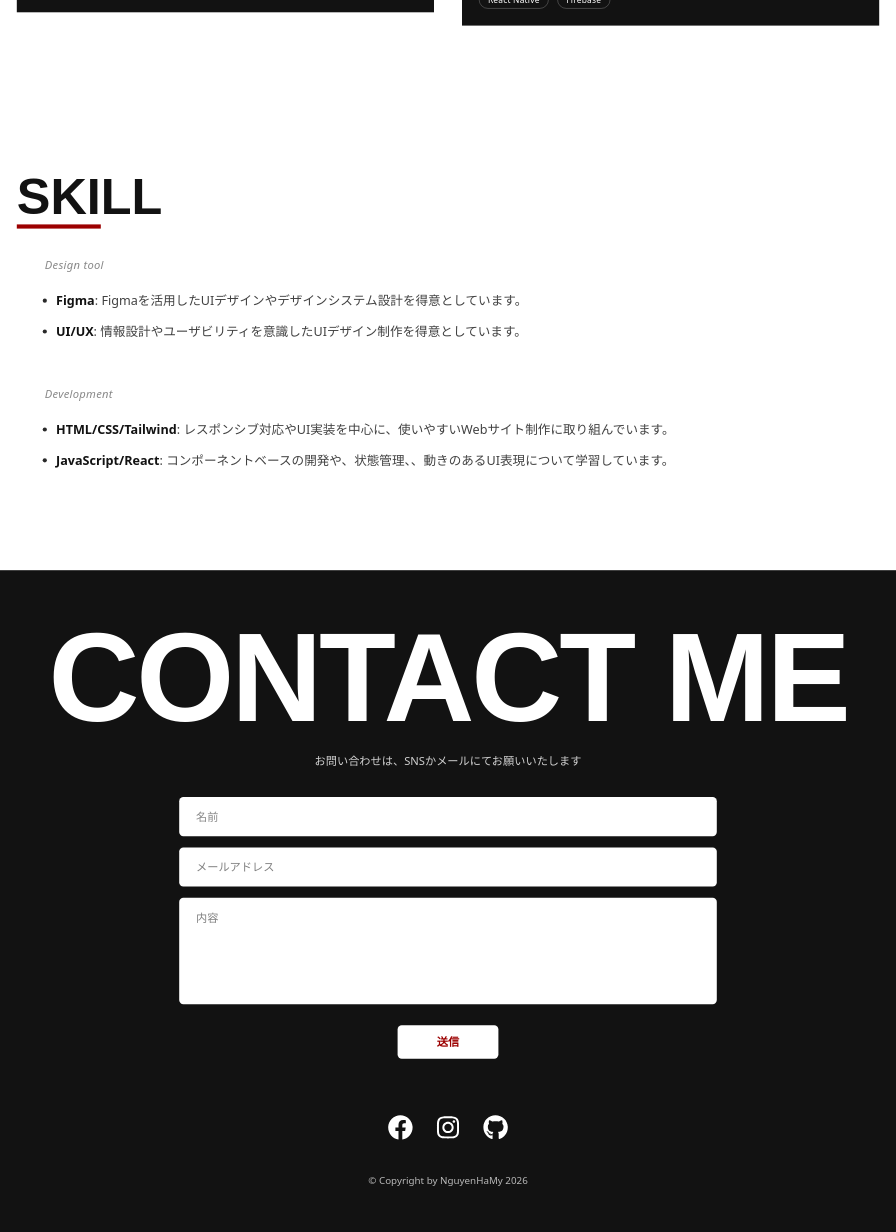
Repository: meme2603/Portfolio-HaMy
Page: / (app in my-portfolio/)
An editor plug-in stored every save of this project. The page is shown before and after the next save, followed by the edit.
The browser window is 1280 px wide. The pictures show the part of the page from y = 4562 to 6482 px (the page is 6322 px tall before and 6482 px after), at 70% of full size.
Some web fonts or font styles are not loaded; a fallback is used. The project was rebuilt for these pictures with package versions that can differ from the ones it lists, and the page was loaded fresh each time. Also part of the build but not shown: my-portfolio/vite.config.js.

Above is the page before, as saved 2026-05-29 14:53:00.

### my-portfolio/index.html
<!doctype html>
<html lang="ja">
  <head>
    <meta charset="UTF-8" />

    <link rel="icon" type="image/png" href="/memex2.png" />
    <meta name="viewport" content="width=device-width, initial-scale=1.0" />
    <title>My Portfolio</title>
    <link rel="preconnect" href="https://fonts.googleapis.com" />
    <link rel="preconnect" href="https://fonts.gstatic.com" crossorigin />
    <link
      href="https://fonts.googleapis.com/css2?family=Akshar:wght@300..700&family=Poppins:wght@300;400;600;700&display=swap"
      rel="stylesheet"
    />
  </head>
  <body>
    <div id="root"></div>

    <script type="module" src="/src/main.jsx"></script>
  </body>
</html>

### my-portfolio/src/main.jsx
import React from "react";
import ReactDOM from "react-dom/client";
import App from "./App";
import "./index.css";

ReactDOM.createRoot(document.getElementById("root")).render(
  <React.StrictMode>
    <App />
  </React.StrictMode>,
);

### my-portfolio/src/App.jsx
import Header from "./components/Header";
import Hero from "./components/Hero";
import About from "./components/About";
import Projects from "./components/Projects";
import Skills from "./components/Skills";
import Contact from "./components/Contact";
function App() {
  return (
    <div className="App">
      <Header />
      <Hero />
      <About />
      <Projects />
      <Skills />
      <Contact />
    </div>
  );
}

export default App;

### my-portfolio/src/index.css
@import "tailwindcss";
@theme {
  --color-primary: #9c0000;
  --color-background: #fff;
  --color-font: #121212;

  --opacity-overlay: 0.65;
  --opacity-glass: 0.1;

  --font-poppins: "Poppins", sans-serif;
  --font-akshar: "Akshar", sans-serif;
}

### my-portfolio/src/components/Header.jsx
import { useState } from "react";
function MenuItem({ text }) {
  return (
    <li>
      <a
        href={`#${text.toLowerCase()}`}
        className="text-primary text-xl relative group transition-colors"
      >
        {text}
        <span
          className="
            absolute left-0 -bottom-[4px] w-0 h-[1px] bg-primary
            transition-all duration-300 group-hover:w-full
          "
        ></span>
      </a>
    </li>
  );
}

function Header() {
  const [isOpen, setIsOpen] = useState(false);
  const menuItems = ["About", "Projects", "Contact"];
  return (
    <header className="fixed top-0 left-0 w-full h-24 bg-background border-b border-gray-300 z-60">
      <div className="max-w-7xl mx-auto h-full px-6 flex justify-between items-center">
        <div className="shrink-0">
          <a
            href="/"
            className="text-4xl text-primary font-semibold font-akshar"
          >
            HA MY
          </a>
        </div>

        <nav className="hidden lg:block">
          <ul className="flex space-x-10">
            {menuItems.map((item) => (
              <MenuItem key={item} text={item} />
            ))}
          </ul>
        </nav>

        <button
          onClick={() => setIsOpen(!isOpen)}
          className="block lg:hidden text-primary focus:outline-none z-50"
          aria-label="Menu"
        >
          <svg
            xmlns="http://www.w3.org/2000/svg"
            className="h-8 w-8"
            fill="none"
            viewBox="0 0 24 24"
            stroke="currentColor"
          >
            <path
              strokeLinecap="round"
              strokeLinejoin="round"
              strokeWidth="2"
              d={isOpen ? "M6 18L18 6M6 6l12 12" : "M4 6h16M4 12h16M4 18h16"}
            />
          </svg>
        </button>

        <div
          className={`
            absolute top-24 left-0 w-full bg-background border-b border-gray-300
            flex flex-col items-center shadow-lg lg:hidden
            overflow-hidden transition-all duration-700 ease-in-out
            ${isOpen ? "max-h-96 opacity-100 py-8 space-y-6" : "max-h-0 opacity-0 py-0 space-y-0 border-none"}
          `}
        >
          <div className="flex flex-col items-center w-full py-6 space-y-6">
            <a
              href="#about"
              onClick={() => setIsOpen(false)}
              className="text-primary text-2xl transition-opacity duration-700"
            >
              About
            </a>
            <a
              href="#projects"
              onClick={() => setIsOpen(false)}
              className="text-primary text-2xl transition-opacity duration-700"
            >
              Projects
            </a>
            <a
              href="#contact"
              onClick={() => setIsOpen(false)}
              className="text-primary text-2xl transition-opacity duration-700"
            >
              Contact
            </a>
          </div>
        </div>
      </div>
    </header>
  );
}

export default Header;

### my-portfolio/src/components/Hero.jsx
import avatarImg from "../assets/avatar.png";
function Hero() {
  return (
    <section className="relative w-full h-[calc(100vh-88px)] mt-24 bg-background overflow-hidden flex flex-col items-center pb-16">
      <div className="w-full pt-10 pb-5 z-20">
        <h1
          className="
            text-[90px]
            md:text-[140px]
            lg:text-[210px]
            font-bold
            font-akshar
            text-center
            leading-[0.7]
            text-font
            tracking-tighter
          "
        >
          PORTFOLIO
        </h1>
      </div>

      <div className="relative w-full max-w-[1440px] flex flex-col md:flex-row items-center md:items-end justify-center z-30">
        {/* LEFT */}
        <div className="flex-1 flex justify-center pb-8 md:pb-60 lg:pb-80">
          <div className="flex flex-col items-center text-center space-y-2">
            <p className="text-sm md:text-base lg:text-lg font-poppins">Hi!</p>

            <p className="text-sm md:text-base lg:text-lg font-poppins">
              My name is{" "}
              <span className="font-semibold text-base md:text-lg lg:text-xl font-poppins">
                NGUYEN THI HA MY
              </span>
            </p>

            <p className="text-base md:text-lg lg:text-xl font-light">
              I'm from VietNam
            </p>
          </div>
        </div>

        <div className="relative flex justify-center shrink-0">
          <img
            src={avatarImg}
            alt="Ha My"
            className="
              block
              h-[320px]
              md:h-[460px]
              lg:h-[601px]
              object-cover

            "
          />
        </div>

        <div className="flex-1 flex justify-center pb-8 md:pb-60 lg:pb-80">
          <div className="flex flex-col text-center space-y-2">
            <p className="text-base md:text-lg lg:text-xl font-light">
              I'm{" "}
              <span className="font-semibold text-base md:text-lg lg:text-xl">
                UI/UX Designer
              </span>{" "}
              and
            </p>

            <p className="text-base md:text-lg lg:text-xl font-semibold font-poppins">
              Design Engineer
            </p>

            <p className="text-sm md:text-base lg:text-lg font-light font-poppins">
              Now I'm living in Japan.
            </p>
          </div>
        </div>
      </div>
      <div className="absolute h-13 bottom-0 left-0 w-full bg-font py-3 md:py-4"></div>
      <div className="relative w-full mt-0 md:mt-0 lg:-mt-40 z-40">
        <div className="relative flex justify-center leading-none -mb-8 lg:-mb-12">
          <span
            className="
              absolute
              inset-0
              flex
              justify-center
              translate-x-[4px]
              translate-y-[4px]
              lg:text-[200px]
              md:text-[110px]
              sm:text-[80px]
              font-bold
              font-akshar
              tracking-tighter
              text-font
            "
          >
            Designer
          </span>

          <h2
            className="
              relative
              lg:text-[200px]
              md:text-[110px]
              sm:text-[80px]
              font-bold
              font-akshar
              tracking-tighter
              text-primary
            "
          >
            Designer
          </h2>
        </div>
      </div>

      {/* <div
        className="absolute
                  bottom-3
                  left-1/2
                  -translate-x-1/2
                  z-50
                  px-10
                  py-0.5"
      >
        <p className="text-background text-center text-[10px] md:text-xs font-light tracking-[2px]">
          This is my portfolio. Hope you enjoy it !
        </p>
      </div> */}
    </section>
  );
}

export default Hero;

### my-portfolio/src/components/About.jsx
import aboutImg from "../assets/about.jpg";
function About() {
  return (
    <section className="relative w-full h-auto py-24 bg-background overflow-hidden mt-16">
      <div className="max-w-7xl mx-auto px-6 md:px-10">
        {/* TITLE */}
        <div className="mb-16">
          <h1 className="text-5xl md:text-6xl lg:text-7xl font-bold font-akshar text-font leading-none">
            ABOUT ME
          </h1>

          <div className="w-[80px] md:w-[100px] lg:w-[120px] lg:h-[6px] md:h-[5px] h-[4px] bg-primary mt-1"></div>
        </div>

        {/* CONTENT */}
        <div className="flex flex-col lg:flex-row items-center lg:items-start gap-16">
          {/* LEFT */}
          <div className="w-full lg:w-[380px] shrink-0">
            <div className="bg-white rounded-2xl shadow-md p-5">
              <img
                src={aboutImg}
                alt="About Me"
                className="w-full  h-[300px] object-cover rounded-xl"
              />

              <div className="mt-5">
                <h2 className="text-3xl font-akshar font-bold tracking-wide text-font">
                  NGUYEN THI HA MY
                </h2>

                <p className="text-font/70 text-lg mt-1">2001.03.30</p>
              </div>

              <div className="flex gap-3 mt-6">
                <span className="border border-font rounded-full px-4 py-2 text-sm">
                  UI/UX Designer
                </span>

                <span className="border border-font rounded-full px-4 py-2 text-sm">
                  Design Engineer
                </span>
              </div>
            </div>
          </div>

          {/* RIGHT */}
          <div className="flex-1 max-w-[760px]">
            <h2 className="text-2xl md:text-3xl font-semibold font-akshar text-primary tracking-[4px] mb-8">
              PROFILE!!
            </h2>

            <div className="space-y-6 text-font leading-[2.2] text-sm md:text-base lg:text-lg">
              <p>
                ベトナム出身の
                <span className="font-semibold">
                  グエン ティ ハ ミー（ NGUYEN THI HA MY）
                </span>
                です。
              </p>

              <p>
                現在は専門学校で、
                <span className="font-semibold">デザインやコーディング </span>
                について学びながらWeb制作やフロントエンド技術の基礎を学んでおります。
              </p>

              <p>
                2021年に来日し、最初の1年間は日本語学校で日本語を学びました。
                <br />
                その後、ビジネス専門学校に進学し、日本の文化やビジネスマナー、コミュニケーション力を身につけてまいりました。
                その中で、コンピュータの授業を通して、Webデザインという職業があることを初めて知り、興味を持つようになりました。
              </p>

              <p>
                留学生として日本とベトナム両方の文化に触れてきた経験を活かし、将来はユーザーの多様な視点やニーズを理解し、最適な体験をデザインする
                <span className="font-semibold text-primary text-xl">
                  UI/UXデザイナー
                </span>
                を目指しております。
              </p>
            </div>
          </div>
        </div>
      </div>
    </section>
  );
}
export default About;

### my-portfolio/src/components/Projects.jsx
import ProjectSection from "./ProjectSection";
import { websiteProjects, appProjects } from "./ProjectsData";

function Projects() {
  return (
    <section className="pt-20 bg-background">
      <div className="max-w-7xl mx-auto px-6">
        <h1 className="text-5xl md:text-6xl lg:text-7xl font-akshar font-bold text-font">
          PROJECTS
        </h1>
        <div className="w-[80px] md:w-[100px] lg:w-[120px] lg:h-[6px] md:h-[5px] h-[4px] bg-primary mt-1 mb-20"></div>
        <ProjectSection
          title="Website Design"
          description="学校で学んだ知識を活かし、企画からデザイン、コーディングまで一貫して制作したWebプロジェクトです。"
          projects={websiteProjects}
        />
        <ProjectSection
          title="Application Design"
          description="チームプロジェクトとして、企画からUI/UX設計までチームで共同制作したモバイルアプリです。"
          projects={appProjects}
        />
      </div>
    </section>
  );
}

export default Projects;

### my-portfolio/src/components/Skills.jsx
import { skillData } from "./ProjectsData";

function Skill() {
  return (
    <section className="w-full pt-20 pb-16">
      <div className="max-w-7xl mx-auto px-6 pb-10">
        <h2 className="text-5xl md:text-6xl lg:text-7xl font-bold font-akshar text-font leading-none">
          SKILL
        </h2>

        <div className="w-[80px] md:w-[100px] lg:w-[120px] lg:h-[6px] md:h-[5px] h-[4px] bg-primary mt-1"></div>
      </div>

      <div className="max-w-7xl mx-auto px-16 space-y-16">
        {skillData.map((group, index) => (
          <div key={index}>
            <h3 className="text-base font-medium text-font/50 mb-6 tracking-wide italic">
              {group.category}
            </h3>

            <ul className="space-y-4 pl-4">
              {group.skills.map((skill, sIndex) => (
                <li key={sIndex} className="list-disc text-font/90 text-lg">
                  <span className="font-bold text-font">{skill.name}</span>
                  <span className="text-font/80 font-light">
                    : {skill.status} {skill.desc}
                  </span>
                </li>
              ))}
            </ul>
          </div>
        ))}
      </div>
    </section>
  );
}

export default Skill;

### my-portfolio/src/components/Contact.jsx
import { FaFacebook, FaInstagram, FaGithub } from "react-icons/fa";

function Contact() {
  return (
    <section className="bg-font text-background py-16 overflow-hidden mt-20">
      <div className="max-w-7xl mx-auto px-6">
        <h1
          className="
                text-center
                font-akshar
                font-bold
                leading-none
                tracking-tight
                text-[70px]
                sm:text-[100px]
                md:text-[140px]
                lg:text-[180px]
                "
        >
          CONTACT ME
        </h1>
        <p
          className="
                text-center
                text-sm
                md:text-base
                text-white/80
                mt-4
                mb-10
                "
        >
          お問い合わせは、SNSかメールにてお願いいたします
        </p>
        <form className="max-w-3xl mx-auto">
          <input
            type="text"
            placeholder="名前"
            className="
                    w-full
                    bg-background
                    text-font
                    rounded-md
                    px-6
                    py-4
                    mb-4
                    outline-none
                "
          />
          <input
            type="email"
            placeholder="メールアドレス"
            className="
                    w-full
                    bg-white
                    text-black
                    rounded-md
                    px-6
                    py-4
                    mb-4
                    outline-none
                "
          />
          <textarea
            placeholder="内容"
            rows="5"
            className="
                    w-full
                    bg-white
                    text-black
                    rounded-md
                    px-6
                    py-4
                    outline-none
                    resize-none
                "
          ></textarea>
          <div className="flex justify-center mt-6">
            <button
              className="
                    bg-background
                    text-primary
                    px-14
                    py-3
                    rounded-md
                    font-semibold
                    transition-all
                    duration-300
                    hover:scale-105
                    "
            >
              送信
            </button>
          </div>
        </form>
        <div className="flex justify-center gap-8 mt-20 text-4xl">
          <a href="/" className="hover:scale-110 transition-all duration-300">
            <FaFacebook />
          </a>

          <a href="/" className="hover:scale-110 transition-all duration-300">
            <FaInstagram />
          </a>

          <a href="/" className="hover:scale-110 transition-all duration-300">
            <FaGithub />
          </a>
        </div>

        {/* COPYRIGHT */}
        <p
          className="
                text-center
                text-sm
                text-white/70

                mt-12
                "
        >
          © Copyright by NguyenHaMy 2026
        </p>
      </div>
    </section>
  );
}

export default Contact;

### my-portfolio/src/components/ProjectSection.jsx
import ProjectCard from "./ProjectCard";

function ProjectSection({ title, description, projects }) {
  return (
    <section className="mb-32">
      <h2
        className="
          text-[32px]
          leading-none
          font-bold
          font-akshar
          tracking-tight
          text-primary
        "
      >
        {title}
      </h2>

      <p
        className="
          mt-4
          text-font/70
          leading-relaxed
        "
      >
        {description}
      </p>

      <div className="grid grid-cols-1 md:grid-cols-2 gap-10 mt-14">
        {projects.slice(0, 4).map((project, index) => (
          <ProjectCard
            key={index}
            year={project.year}
            title={project.title}
            titleJP={project.titleJP}
            description={project.desc}
            tags={project.tags}
            image={project.img}
          />
        ))}
      </div>
    </section>
  );
}

export default ProjectSection;

### my-portfolio/src/components/ProjectsData.js
// projectsData.js
// 1. Import ảnh ở đầu file để JS hiểu đường dẫn
import portfoliothumb from "../assets/portfoliothumb.jpg";
import coffeethumb from "../assets/coffeethumb.jpg";
import sneakerthumb from "../assets/sneakerthumb.jpg";
import okayamathumb from "../assets/okayamathumb.jpg";
import nemurathumb from "../assets/nemurathumb.jpg";
import easycookthumb from "../assets/easycookthumb.jpg";

export const websiteProjects = [
  {
    year: "2025",
    title: "Coffee Shop",
    titleJP: "カフェショップサイト",
    desc: "家族みんなが安心して過ごせるカフェをテーマに、Webサイトを制作しました。",
    tags: ["Figma", "HTML", "CSS", "JavaScript"],
    img: coffeethumb,
  },
  {
    year: "2026",
    title: "Portfolio.",
    titleJP: "ポートフォリオ",
    desc: "就職活動のために制作したポートフォリオサイトです。",
    tags: ["Figma", "React", "Tailwind"],
    img: portfoliothumb,
  },
  {
    year: "2025",
    title: "Sneaker LP",
    titleJP: "スニーカーLP",
    desc: "新作スニーカーの販売に向けた、ランディングページを制作しました。",
    tags: ["Figma", "HTML", "SCSS"],
    img: sneakerthumb,
  },
  {
    year: "2025",
    title: "Okayama kankou",
    titleJP: "観光サイト",
    desc: "昔話「桃太郎」をテーマに、岡山の伝説・史実・文化を体験できる観光サイトを制作しました。",
    tags: ["Figma", "UI/UX"],
    img: okayamathumb,
  },
];

export const appProjects = [
  {
    year: "2025",
    title: "EASY COOK APP",
    titleJP: "お弁当を提案するアプリ",
    desc: "家にある食材を活用し、親子で楽しくお弁当作りができるアプリです。忙しい日常の中でも、親子のコミュニケーションを自然に深められる体験の提供を目的としています。",
    tags: ["React Native", "Firebase"],
    img: easycookthumb,
  },
  {
    year: "2025-2026",
    title: "Nemura APP",
    titleJP: "一日寝落ち系AIニュースキュレーションアプリです。",
    desc: "本作は、SNSやニュースの情報をAIで要約し、 マスコットキャラクター「ねむら」が読み聞かせる形式で提供する。夜の短い時間で必要な内容だけを無理なく確認できるよう設計しました。",
    tags: ["React Native", "Firebase"],
    img: nemurathumb,
  },
];

// skillsData.js
export const skillData = [
  {
    category: "Design tool",
    skills: [
      {
        name: "Figma",
        // status: "上級",
        desc: "Figmaを活用したUIデザインやデザインシステム設計を得意としています。",
      },
      {
        name: "UI/UX",
        // status: "上級",
        desc: "情報設計やユーザビリティを意識したUIデザイン制作を得意としています。",
      },
    ],
  },
  {
    category: "Development",
    skills: [
      {
        name: "HTML/CSS/Tailwind",
        // status: "基礎レベル",
        desc: "レスポンシブ対応やUI実装を中心に、使いやすいWebサイト制作に取り組んでいます。",
      },
      {
        name: "JavaScript/React",
        // status: "基礎知識・学習中",
        desc: "コンポーネントベースの開発や、状態管理、、動きのあるUI表現について学習しています。",
      },
    ],
  },
];

### my-portfolio/src/components/ProjectCard.jsx
// ProjectCard = component dùng để hiển thị 1 project card
function ProjectCard({ year, title, titleJP, description, tags, image }) {
  return (
    <div className="group cursor-pointer ">
      <div className="overflow-hidden bg-font">
        <img
          src={image}
          alt={title}
          className="
            w-full
            object-cover
            transition-all
            duration-500
            group-hover:scale-105
            group-hover:opacity-90
          "
        />
      </div>

      {/* INFO */}
      <div className="bg-font text-background px-6 py-6 ">
        <div className="flex items-start justify-between">
          <div>
            {/* ĐIỀN NĂM VÀO ĐÂY */}
            <p className="text-[12px] tracking-[2px] text-background/60 ">
              {year}
            </p>

            {/* ĐIỀN TIÊU ĐỀ VÀO ĐÂY */}
            <h3
              className="
                text-[40px]
                leading-none
                font-bold
                font-akshar
                tracking-tight
                mt-2
              "
            >
              {title}
            </h3>

            {/* ĐIỀN TIẾNG NHẬT VÀO ĐÂY */}
            <p className="text-sm text-background/70 mt-2">{titleJP}</p>

            {/* ĐIỀN MÔ TẢ VÀO ĐÂY */}
            <p className="text-xs text-background/50 leading-relaxed mt-4">
              {description}
            </p>
          </div>

          <div
            className="
              text-3xl
              transition-transform
              duration-300
              group-hover:translate-x-1
              group-hover:-translate-y-1
            "
          >
            ↗
          </div>
        </div>

        {/* BOTTOM - CHỖ NÀY ĐỂ HIỆN TAGS TỰ ĐỘNG NÈ */}
        <div className="mt-8 flex items-center gap-3 flex-wrap">
          {tags &&
            tags.map((tag, index) => (
              <span
                key={index}
                className="
                border
                border-background/30
                rounded-full
                px-3
                py-1
                text-xs
                tracking-wide
              "
              >
                {tag}
              </span>
            ))}
        </div>
      </div>
    </div>
  );
}

export default ProjectCard;

After the next save:
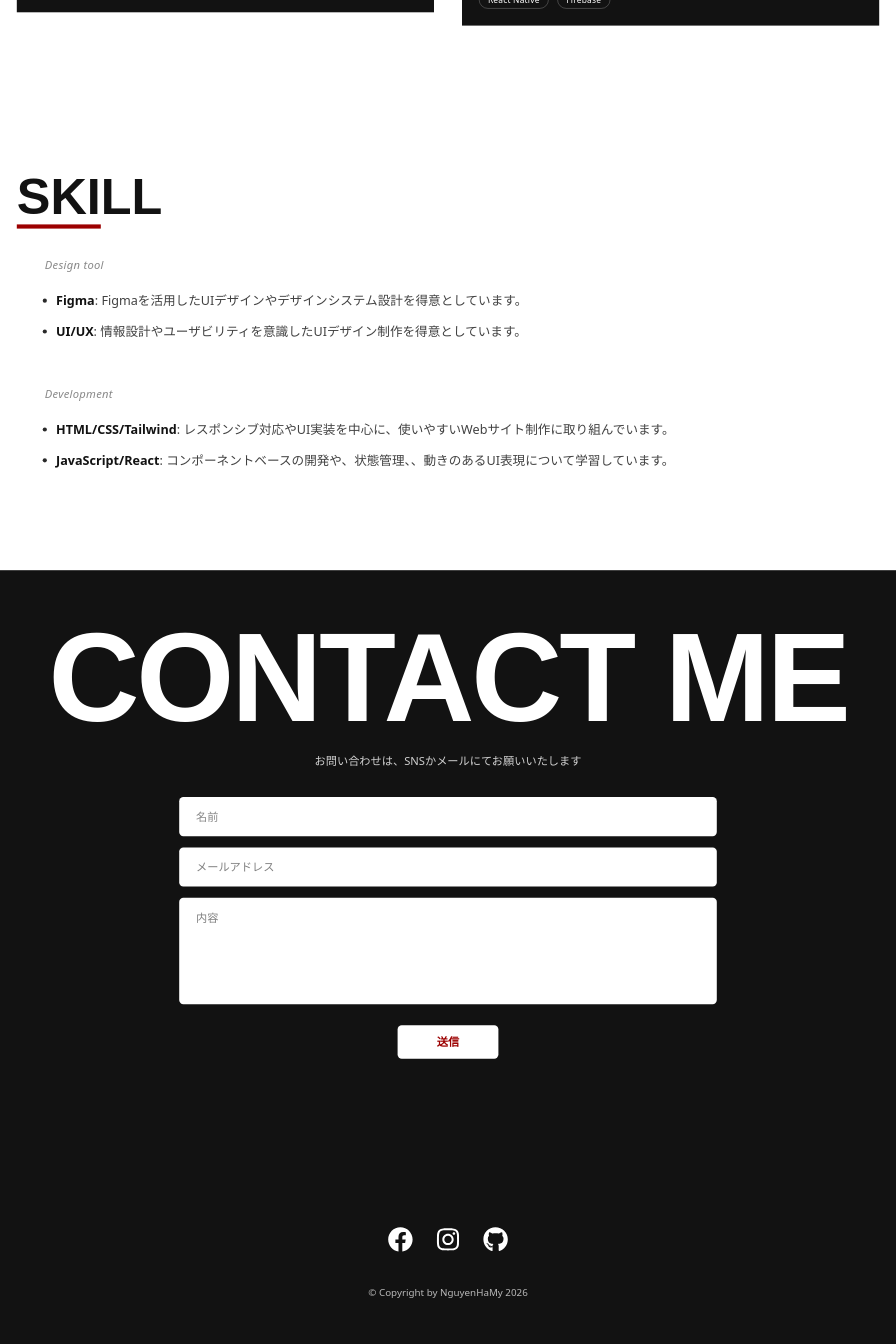
Saved 12 s later.
--- a/my-portfolio/src/components/Contact.jsx
+++ b/my-portfolio/src/components/Contact.jsx
@@ -92,7 +92,7 @@ function Contact() {
             </button>
           </div>
         </form>
-        <div className="flex justify-center gap-8 mt-20 text-4xl">
+        <div className="flex justify-center gap-8 mt-60 text-4xl">
           <a href="/" className="hover:scale-110 transition-all duration-300">
             <FaFacebook />
           </a>
